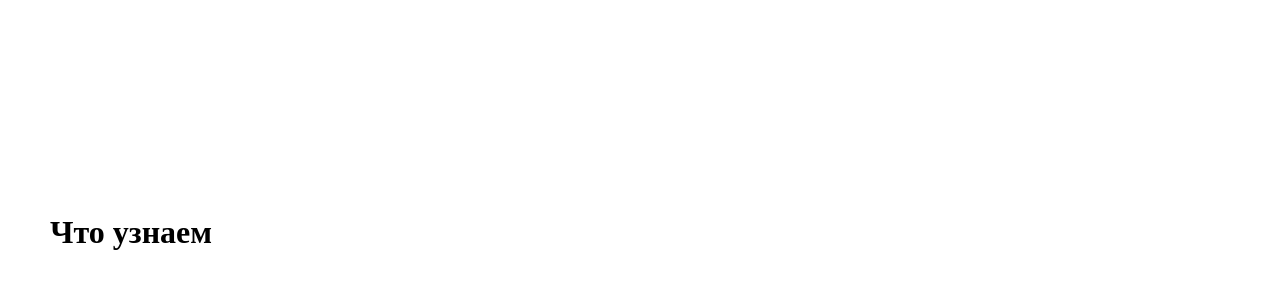
Repository: AytacSafarova/Figma--task
Page: index.html
An editor plug-in stored every save of this project. The page is shown before and after the next save, followed by the edit.
The browser window is 1280 px wide. The pictures show the whole page.

Above is the page before, as saved 2023-08-02 13:48:45.
Console error: ReferenceError: camelcase is not defined

### index.html
<!DOCTYPE html>
<html lang="en">

<head>
    <meta charset="UTF-8">
    <meta name="viewport" content="width=device-width, initial-scale=1.0">
    <title>Document</title>
    <link rel="stylesheet" href="./index.css">
</head>
<body>
<div class="container">
<h1>Что узнаем</h1>
</div>
</body>
<script src="index.js"></script>
</html>

### index.css
*{
    margin: 0;
    padding: 0;
    box-sizing: border-box;
}
.container{
    padding: 214px 0 231px 50px;
}

### index.js
let a=4
a=a+2
a+=2
let userName
camelcase
// kebab case

After the next save:
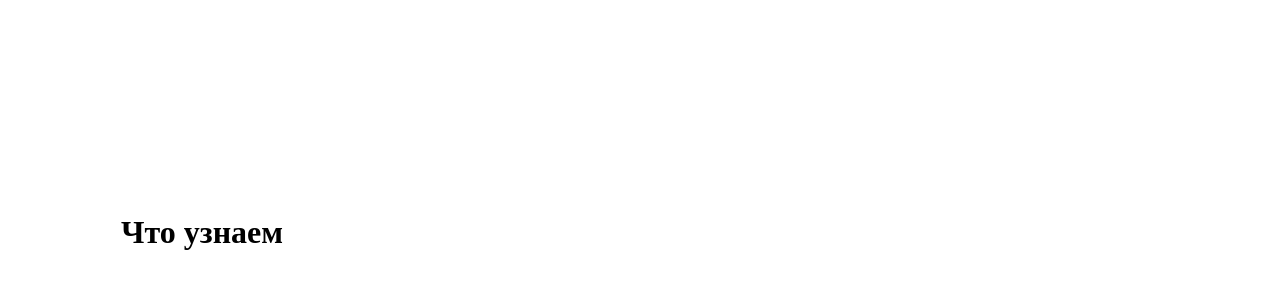
Saved 11 s later.
--- a/index.css
+++ b/index.css
@@ -4,5 +4,5 @@
     box-sizing: border-box;
 }
 .container{
-    padding: 214px 0 231px 50px;
+    padding: 214px 0 231px 121px;
 }
